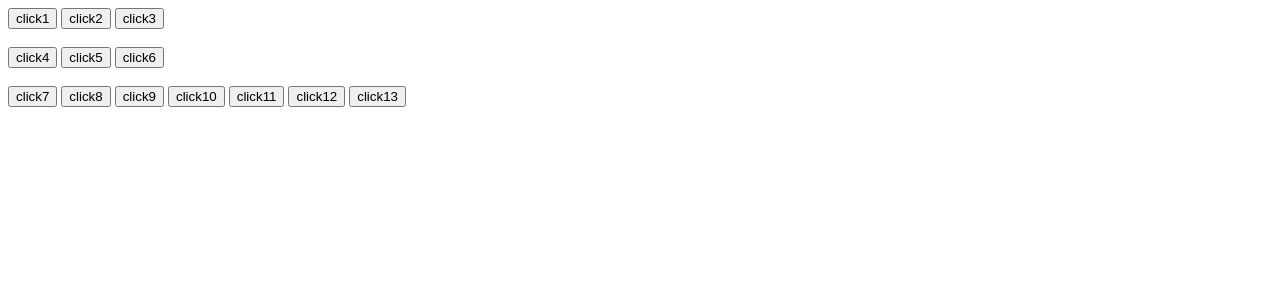
Repository: hong-bi/JsonStudy
Page: JsonApp01/WebContent/JsonTest10.html
An editor plug-in stored every save of this project. The page is shown before and after the next save, followed by the edit.
The browser window is 1280 px wide. The pictures show the whole page.

Above is the page before, as saved 2019-05-31 07:02:08.

After the next save:
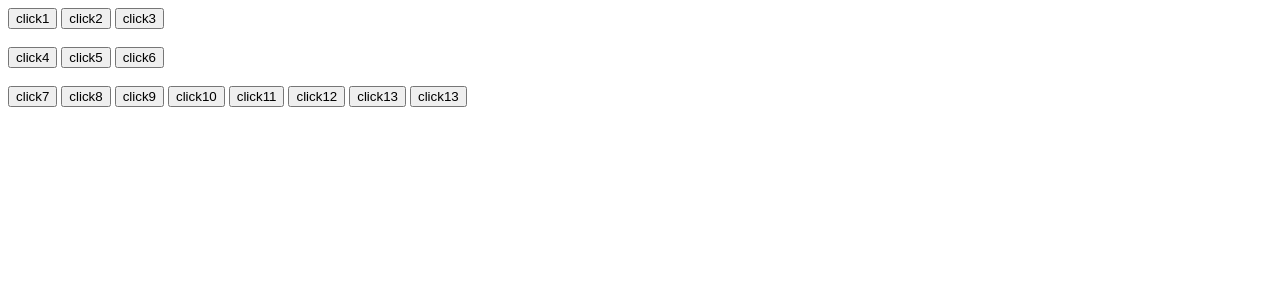
Saved 50 s later.
--- a/JsonApp01/WebContent/JsonTest10.html
+++ b/JsonApp01/WebContent/JsonTest10.html
@@ -44,4 +44,6 @@
 	<input type="button" value="click12" onclick="alert(typeof obj6_1[0])">
 	<input type="button" value="click13" onclick="alert(typeof obj6_1[1])">
 
+	<input type="button" value="click13" onclick="alert(obj6_1[0] + obj6_1[1])">
+
 </form>
